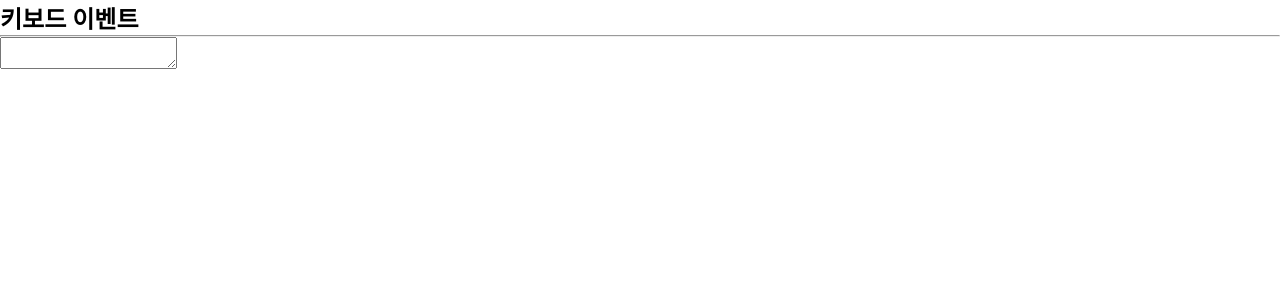
Repository: kimjoohye/study_WEB
Page: workspace/studyhtml5/WebContent/jq/jq02/jq09.html
An editor plug-in stored every save of this project. The page is shown before and after the next save, followed by the edit.
The browser window is 1280 px wide. The pictures show the whole page.

Above is the page before, as saved 2022-05-11 06:18:57.

### workspace/studyhtml5/WebContent/jq/jq02/jq09.html
<!DOCTYPE html>
<html>
<head>
<meta name="viewport" content="width=device-width,initial-scale=1.0">
<meta charset="UTF-8">
<link rel="shortcut icon" type="image/x-icon" href="/studyhtml5/favicon.ico">
<meta http-equiv="Expires" content="Mon, 01 Jan 2020 00:00:01 GMT">
<!--위의 명시된 날짜 이후가 되면 페이지가 캐싱되지 않는다.(2020년 이후 쭉 ) -->

<meta http-equiv="Expires" content="-1">
<!--캐시된 페이지가 만료되어 삭제되는 시간을 정의하나 특별한 경우가 아니면 -1로 설정-->

<meta http-equiv="Pragma" content="no-cache">
<!--페이지 로드시마다 페이지를 캐싱하지 않는다.(HTTP 1.0)-->

<meta http-equiv="Cache-Control" content="no-cache">
<!--페이지 로드시마다 페이지를 캐싱하지 않는다.(HTTP 1.1)-->

<!--reset 스타일시트 -->
<!--<link rel="stylesheet" type="text/css" href="/studyhtml5/asset/css/reset.css">-->
<!--스타일 시트 -->
<style type="text/css">
  * {
    margin: 0;
    padding: 0;
  }
</style>

<title>Insert title here</title>

<!-- jquery -->
<script type="text/javascript" src="/studyhtml5/asset/js/jquery-1.12.4.js"></script>
</head>
<body>
   <h2>키보드 이벤트</h2>
   <hr/>
   <textarea></textarea>
   <div id="display"></div>

   <!--자바스크립트 코드 -->
<script type="text/javascript">
   $(document).ready(function(){
       console.log('PCWK *** document');
   });
</script>
</body>
</html>

Loaded but not shown: workspace/studyhtml5/WebContent/asset/js/jquery-1.12.4.js (library)

After the next save:
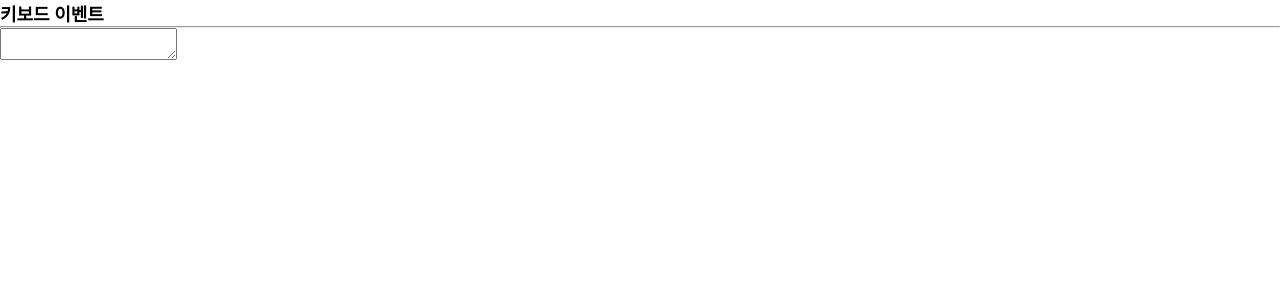
Saved 20 s later.
--- a/workspace/studyhtml5/WebContent/jq/jq02/jq09.html
+++ b/workspace/studyhtml5/WebContent/jq/jq02/jq09.html
@@ -24,6 +24,10 @@
     margin: 0;
     padding: 0;
   }
+
+  body {
+    font-size: 12px;
+  }
 </style>
 
 <title>Insert title here</title>
